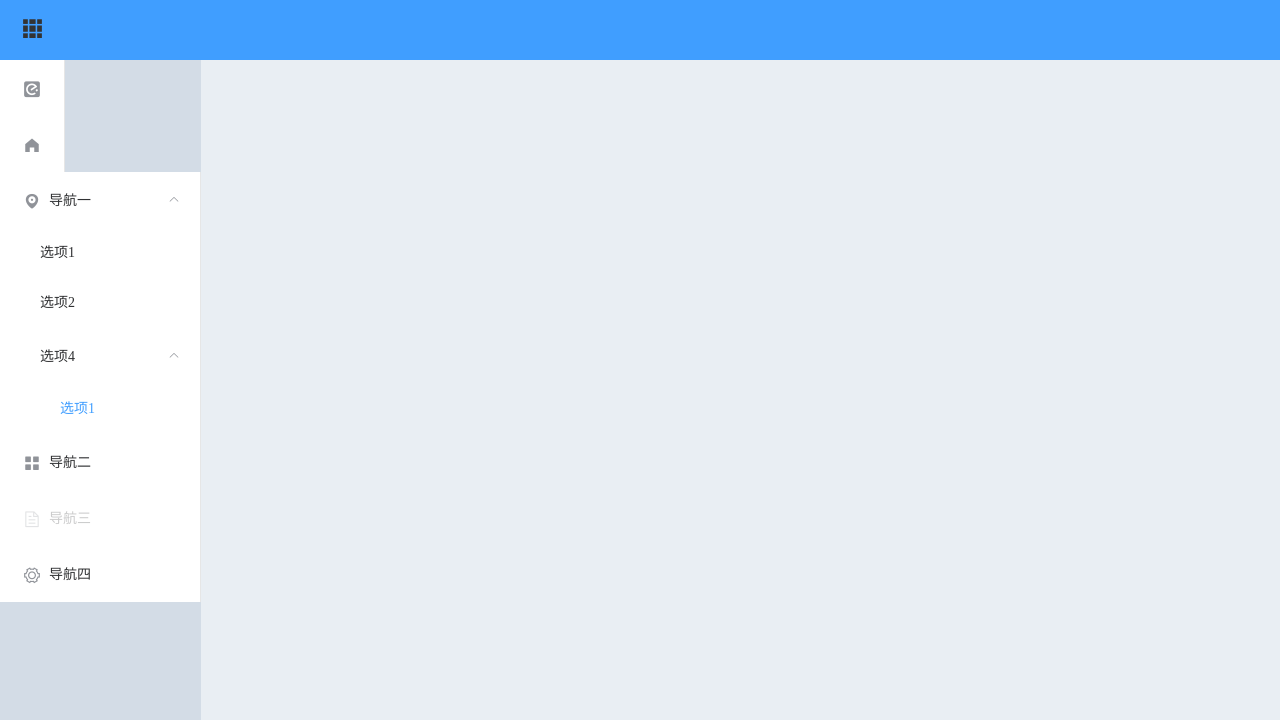
Repository: 960519152/elementui-demo-byf
Page: /
The author's editor kept a copy of each file at every save. The page is drawn from the files as they stood at one save, then again after the next save.
The browser window is 1280 px wide. The pictures show the whole page.
The project was rebuilt for these pictures with package versions that can differ from the ones it lists, and the page was loaded fresh each time. Also part of the build but not shown: src/components/HelloWorld.vue, src/components/Tx.vue, src/components/Tes.vue.

Above is the page before, as saved 2019-05-14 11:03:22.

### index.html
<!DOCTYPE html>
<html>

<head>
  <meta charset="utf-8">
  <meta name="viewport" content="width=device-width,initial-scale=1.0">
  <link rel="stylesheet" type="text/css" href="./static/css/base.css" />
  <title>vue-examine-backend</title>
</head>

<body style=" overflow-x: hidden;">
  <div id="app"></div>
  <!-- built files will be auto injected -->
</body>
</html>

### src/main.js
// The Vue build version to load with the `import` command
// (runtime-only or standalone) has been set in webpack.base.conf with an alias.
import Vue from 'vue'
import App from './App'
import router from './router' //路由
import ElementUI from 'element-ui'; //饿了么UI
import 'element-ui/lib/theme-chalk/index.css';  //饿了么UI

Vue.config.productionTip = false
Vue.use(ElementUI); //饿了么UI



/* eslint-disable no-new */
new Vue({
  el: '#app',
  router,
  components: { App },
  template: '<App/>'
})

### src/App.vue
<template>
  <div id="app">
    <router-view></router-view>
  </div>
</template>

<script>
  export default {
    name: 'app',
    methods: {

    }
  }

</script>

<style scoped lang="scss">
  #app {
    position: absolute;
    width: 100%;
    height: 100%;
  }
</style>

### src/router/index.js
import Vue from 'vue'
import Router from 'vue-router'
import HelloWorld from '@/components/HelloWorld'
import Home from '@/components/Home'
import Tx from '@/components/Tx'
import Tes from '@/components/Tes'

Vue.use(Router)

export default new Router({
  routes: [
    {
      path: '/',
      name: '主要菜单',
      component: Home,
      iconCls: 'el-icon-platform-eleme',
      children: [
        { path: '/Tx', component: Tx, name: '菜单1' },
        { path: '/Tes', component: Tes, name: '菜单2' }
      ]
    },
    {
      path: '/',
      name: 'HelloWorld',
      leaf: true,//只有一个节点
      component: Home,
      iconCls: 'el-icon-s-home',
      children: [
        { path: '/HelloWorld', component: HelloWorld, name: '单独的' },
      ]
    }
  ]
})

### src/components/Home.vue
<template>
  <div id="app">
    <el-container class="menu">
      <el-header class="header">
        <i class="el-icon-s-grid menumedia" @click="k"></i>
      </el-header>
      <el-container>
        <el-aside>
          <el-row class="tac">
            <el-col :span="24">
              <!-- <div class="div-logo">
                <img src="../../static/image/logo.png">
              </div> -->
              <el-menu :default-active="$route.path" class="el-menu-vertical-demo" unique-opened router v-show="true"
                @open="handleOpen" @close="handleClose" :collapse="true">
                <template v-for="(item,index) in $router.options.routes" v-if="!item.hidden">
                  <el-submenu :index="index+''" v-if="!item.leaf">
                    <template slot="title">
                      <i :class="item.iconCls"></i>
                      <span slot="title">{{item.name}}</span>
                    </template>
                    <el-menu-item v-for="child in item.children" :index="child.path" :key="child.path"
                      v-if="!child.hidden"> <span slot="title"> {{child.name}}</span></el-menu-item>
                  </el-submenu>
                  <el-menu-item v-if="item.leaf&&item.children.length==1" :index="item.children[0].path">
                    <i :class="item.iconCls"></i>
                    <span slot="title"> {{item.children[0].name}}</span>
                  </el-menu-item>
                </template>
              </el-menu>
            </el-col>
          </el-row>
          <el-menu default-active="1-4-1" class="el-menu-vertical-demo" @open="handleOpen" @close="handleClose" router :collapse="isCollapse">
  <el-submenu index="1">
    <template slot="title">
      <i class="el-icon-location"></i>
      <span slot="title">导航一</span>
    </template>
     <el-menu-item index="1-1">选项1</el-menu-item>
     <el-menu-item index="1-2">选项2</el-menu-item>
    <el-submenu index="1-4">
      <span slot="title">选项4</span>
      <el-menu-item index="1-4-1">选项1</el-menu-item>
    </el-submenu>
  </el-submenu>
  <el-menu-item index="2">
    <i class="el-icon-menu"></i>
    <span slot="title">导航二</span>
  </el-menu-item>
  <el-menu-item index="3" disabled>
    <i class="el-icon-document"></i>
    <span slot="title">导航三</span>
  </el-menu-item>
  <el-menu-item index="4">
    <i class="el-icon-setting"></i>
    <span slot="title">导航四</span>
  </el-menu-item>
</el-menu>
        </el-aside>
        <el-main>
          <router-view></router-view>
        </el-main>
      </el-container>
    </el-container>
  </div>
</template>

<script>
  export default {
    name: "Home",
    data() {
      return {
        isCollapse: false
      }
    },
    methods: {
      handleOpen(key, keyPath) {
        console.log(key, keyPath);
      },
      handleClose(key, keyPath) {
        console.log(key, keyPath);
      },
      k(){
        if(this.isCollapse){
          this.isCollapse=false
        }else{
          this.isCollapse=true
        }
      }
    },
    watch:{
      isCollapse(){
        console.log(this.isCollapse);
      }
    }
  };

</script>

<style scoped lang="scss">
  @import "../../static/css/base.scss";

  .menu {
    width: 100%;
    height: 100%;
  }

  .div-logo {
    width: 100%;
    height: 135px;

    img {
      width: 45%;
    }
  }

  .header {
    font-size: 25px;
    text-align: left !important;
  }

  // .left-aside {
  //   width: 200px !important;
  //   overflow-x: hidden;
  // }

  .el-header,
  .el-footer {
    background-color: #b3c0d1;
    color: #333;
    text-align: center;
    line-height: 60px;
  }

  .el-aside {
    background-color: #d3dce6;
    color: #333;
    text-align: center;
    line-height: 200px;
  }

  .el-main {
    background-color: #e9eef3;
    color: #333;
    text-align: center;
    line-height: 160px;
  }

  body>.el-container {
    margin-bottom: 40px;
  }

  .el-container:nth-child(5) .el-aside,
  .el-container:nth-child(6) .el-aside {
    line-height: 260px;
  }

  .el-container:nth-child(7) .el-aside {
    line-height: 320px;
  }

  .el-submenu {
    text-align: left;
    // padding-left: 10px;
  }

  .el-menu-item {
    text-align: left;
    // padding-left: 30px !important;
  }
  .el-submenu__icon-arrow ,.el-icon-arrow-down{
    position: absolute !important;
    right: 4% !important;
  }

  // i {
  //   vertical-align: text-bottom !important;
  // }
  .el-aside{
    width: auto !important;
  }

  @media screen and (min-width: $smallSize) {
    .header {
      background:#409EFF;

      i {
        display: inline;
      }
    }
  }

  @media screen and (max-width: $smallSize) {
    .header {
      background: #409EFF;

      i {
        display: inline;
      }
    };
  }

  @media screen and (max-width: $smallSize) {
    // .el-aside{
    //   left: -100%;
    //   position: relative;
    // }
  }

</style>

### static/css/base.scss
$smallSize: 700px;



body {
    height: 100%;
    width: 100%;
    margin: 0;
    padding: 0;
    font-size: 16px;
    overflow-x: hidden;
  }

### static/css/base.css
body {
    height: 100%;
    width: 100%;
    margin: 0;
    padding: 0;
    font-size: 16px;
    overflow-x: hidden;
  }

After the next save:
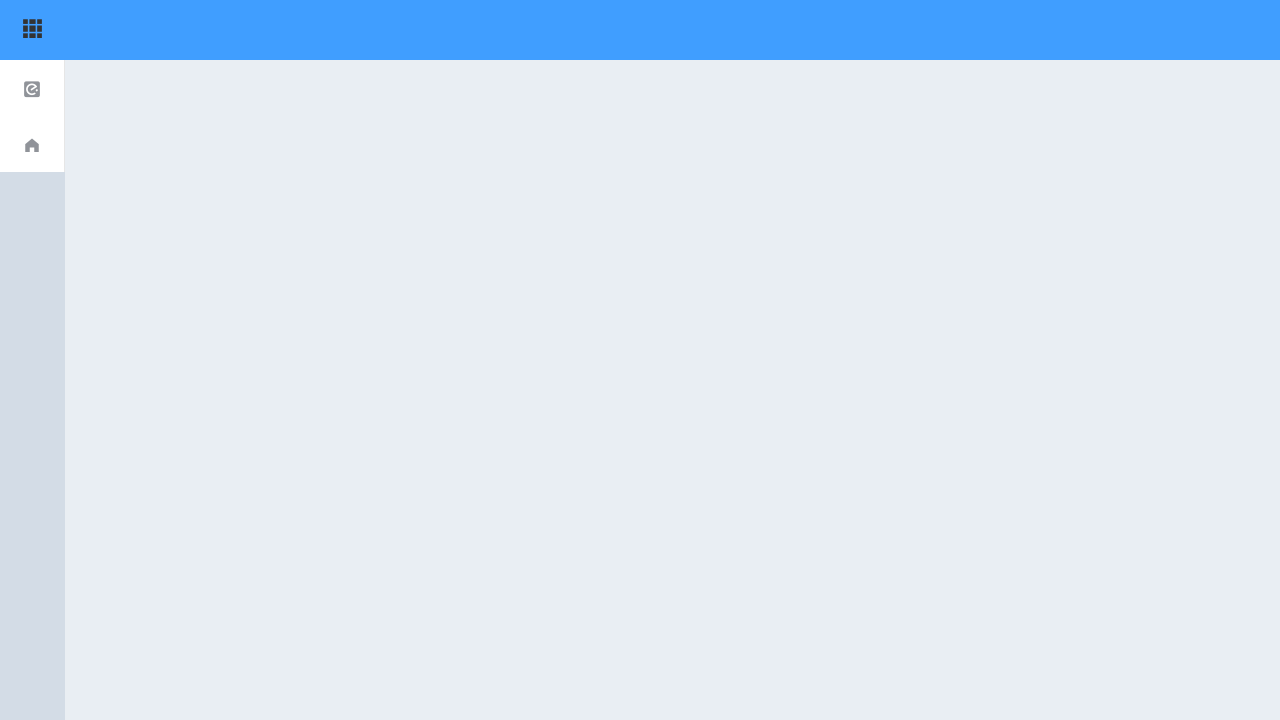
Saved 3 min 23 s later.
--- a/src/components/Home.vue
+++ b/src/components/Home.vue
@@ -30,7 +30,7 @@
               </el-menu>
             </el-col>
           </el-row>
-          <el-menu default-active="1-4-1" class="el-menu-vertical-demo" @open="handleOpen" @close="handleClose" router :collapse="isCollapse">
+          <!-- <el-menu default-active="1-4-1" class="el-menu-vertical-demo" @open="handleOpen" @close="handleClose" router :collapse="isCollapse">
   <el-submenu index="1">
     <template slot="title">
       <i class="el-icon-location"></i>
@@ -55,7 +55,7 @@
     <i class="el-icon-setting"></i>
     <span slot="title">导航四</span>
   </el-menu-item>
-</el-menu>
+</el-menu> -->
         </el-aside>
         <el-main>
           <router-view></router-view>
